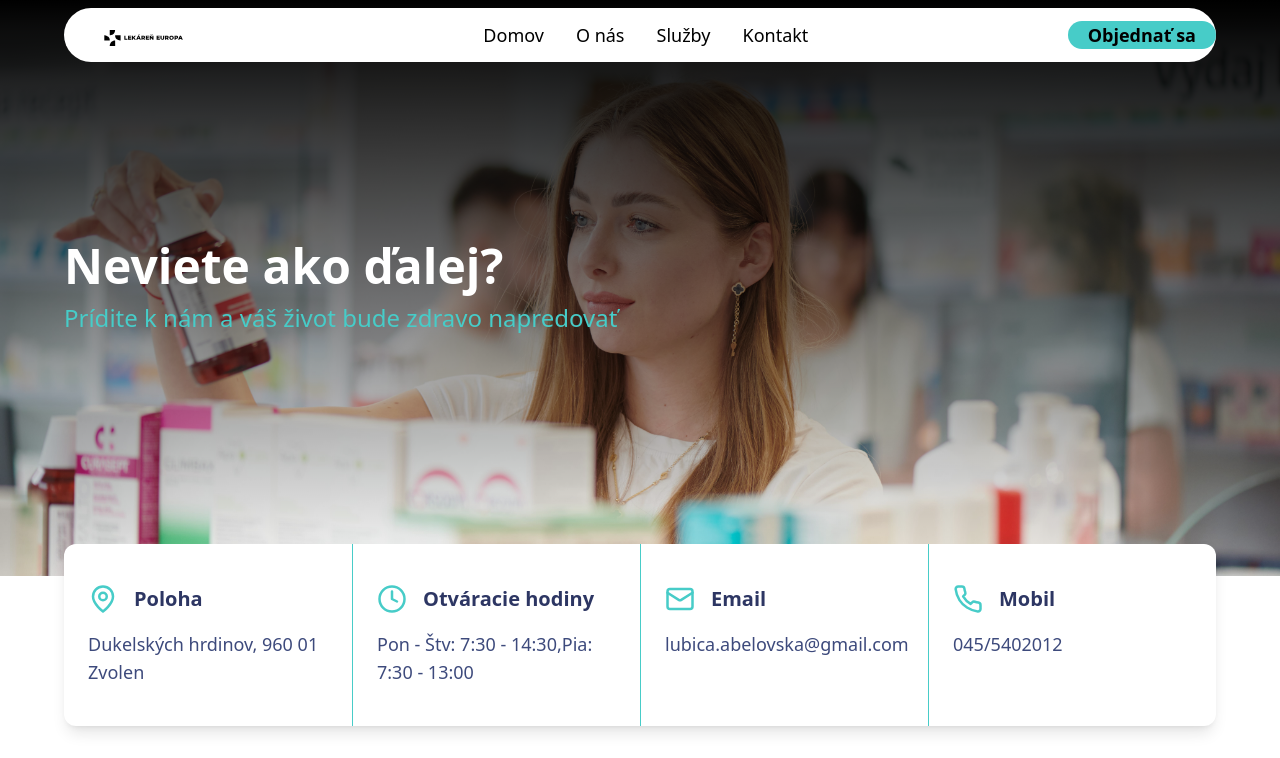
Repository: SimonSkoda13/Lekaren
Page: /
The author's editor kept a copy of each file at every save. The page is drawn from the files as they stood at one save, then again after the next save.
The browser window is 1280 px wide. The pictures show the whole page.
The project was rebuilt for these pictures with package versions that can differ from the ones it lists, and the page was loaded fresh each time. The framework's server and built-in components were replaced by stand-ins that run in the browser. Also part of the build but not shown: next.config.js.

Above is the page before, as saved 2023-04-22 19:19:55.

### src/app/layout.tsx
import { Header } from "./components/Header/Header";
import "./globals.css";
import { Poppins } from "next/font/google";

export const metadata = {
  title: "Create Next App",
  description: "Generated by create next app",
};

export default function RootLayout({
  children,
}: {
  children: React.ReactNode;
}) {
  return (
    <html lang="en">
      <body className="bg-white min-h-[100vh]">
        <Header />
        <main>{children}</main>
        <footer></footer>
      </body>
    </html>
  );
}

### src/app/page.tsx
import Image from "next/image";
import { Inter } from "next/font/google";
import { HomeHero } from "./components/HomeHero/HomeHero";
import { Contact } from "./components/Contact/Contact";
import { Phone, MapPin, Clock4, Mail } from "lucide-react";

const inter = Inter({ subsets: ["latin"] });

// page with

export default function Home() {
  return (
    <>
      <HomeHero
        title={"Neviete ako ďalej?"}
        image={"/homeBanner.jpg"}
        description={"Prídite k nám a váš život bude zdravo napredovať"}
      />
      <Contact
        items={[
          {
            title: "Poloha",
            link: "https://goo.gl/maps/L5p9gij7kJ6iXfnA9",
            description: "Dukelských hrdinov, 960 01 Zvolen",
            icon: <MapPin size={30} className="stroke-primary" />,
          },
          {
            title: "Otváracie hodiny",
            link: "https://goo.gl/maps/L5p9gij7kJ6iXfnA9",
            description: "Pon - Štv:  7:30 - 14:30,Pia: 7:30 - 13:00",
            icon: <Clock4 size={30} className="stroke-primary" />,
          },
          {
            title: "Email",
            link: "mailto:lubica.abelovska@gmail.com",
            description: "lubica.abelovska@gmail.com",
            icon: <Mail size={30} className="stroke-primary" />,
          },
          {
            title: "Mobil",
            description: "045/5402012",
            link: "tel:045/5402012",
            icon: <Phone size={30} className="stroke-primary" />,
          },
        ]}
      />
    </>
  );
}

### src/app/components/Header/Header.tsx
import Link from "next/link";
import React from "react";

export interface HeaderProps {}

export const Header = (props: HeaderProps) => {
  const {} = props;
  return (
    <header className="cntn fixed w-full top-2 z-10">
      <div className="flex bg-white rounded-full items-center">
        <img
          src="/headerLogo.svg"
          className="py-2 w-40 px-4 text-2xl font-bold"
        />
        <div className="py-2 px-4 flex gap-8 items-center mx-auto text-lg font-medium">
          <Link href="/">Domov</Link>
          <Link href="/onas">O nás</Link>
          <Link href="/sluzby">Služby</Link>
          <Link href="/kontakt">Kontakt</Link>
        </div>
        {/* button order self */}
        <div className="flex justify-center items-center px-5 p-0 bg-primary rounded-full text-lg font-bold">
          <Link href="/order">Objednať sa</Link>
        </div>
      </div>
    </header>
  );
};

### src/app/globals.css
@tailwind base;
@tailwind components;
@tailwind utilities;

@layer components {
  .cntn {
    @apply mx-auto px-4  max-w-screen-xl md:px-16;
  }
}

### src/app/components/HomeHero/HomeHero.tsx
import Image from "next/image";
import React from "react";
import { ImageGradient } from "./ImageGradient/ImageGradient";

export interface HomeHeroProps {
  title: string;
  image: string;
  description: string;
}

export const HomeHero = (props: HomeHeroProps) => {
  const { title, image, description } = props;
  return (
    <section className="relative h-[80vh] z-0 px-0">
      <div className="w-full h-full absolute left-0 top-0 ">
        {/* make filter for image to odd brightness from top biggest to bottom lowest */}
        <ImageGradient>
          <Image
            src={image}
            alt="Next.js logo"
            fill
            style={{
              objectFit: "cover",
              objectPosition: "center",
            }}
          />
        </ImageGradient>
      </div>
      <div className="cntn relative gap-3 h-full flex justify-center flex-wrap flex-col z-10">
        <h1 className="text-5xl font-bold text-white">{title}</h1>
        <p className="text-2xl text-primary">{description}</p>
      </div>
    </section>
  );
};

### src/app/components/Contact/Contact.tsx
import { Phone } from "lucide-react";
import { Url } from "next/dist/shared/lib/router/router";
import Image from "next/image";
import Link from "next/link";
import React, { ReactNode } from "react";

export interface ContactProps {
  items?: {
    title: string;
    description: string;
    icon: ReactNode;
    link?: string;
  }[];
}

export const Contact = (props: ContactProps) => {
  const { items } = props;
  return (
    <section className="cntn z-10 relative top-[-2rem]">
      <div className="w-full h-full grid grid-cols-2 md:grid-cols-4 items-start bg-white rounded-xl shadow-lg divide-x divide-primary">
        {items?.map((item) => (
          <Link href={item?.link as Url} className="h-full">
            <div className="flex flex-col items-start gap-4 p-6 py-10">
              <div className="flex w-full flex-row gap-4 items-center">
                {item.icon}
                <h2 className="text-xl font-bold text-secondary">
                  {item.title}
                </h2>
              </div>
              <p className="text-lg font-medium text-secondary-light">
                {item.description}
              </p>
            </div>
          </Link>
        ))}
      </div>
    </section>
  );
};

### src/app/components/HomeHero/ImageGradient/ImageGradient.tsx
import React from "react";

export interface ImageGradientProps {
  children: React.ReactNode;
}

export const ImageGradient = (props: ImageGradientProps) => {
  const { children } = props;
  return (
    <div className="relative w-full h-full overflow-hidden z-10">
      <div className="absolute inset-0 z-10 bg-gradient-to-b from-black"></div>
      {children}
    </div>
  );
};

### tailwind.config.js
/** @type {import('tailwindcss').Config} */
module.exports = {
  content: [
    "./src/pages/**/*.{js,ts,jsx,tsx,mdx}",
    "./src/components/**/*.{js,ts,jsx,tsx,mdx}",
    "./src/app/**/*.{js,ts,jsx,tsx,mdx}",
  ],
  theme: {
    extend: {
      colors: {
        primary: "#47CCC8",
        secondary: "#2D3663",
        "secondary-light": "#3D4A7C",
      },
    },
  },
  plugins: [],
};

After the next save:
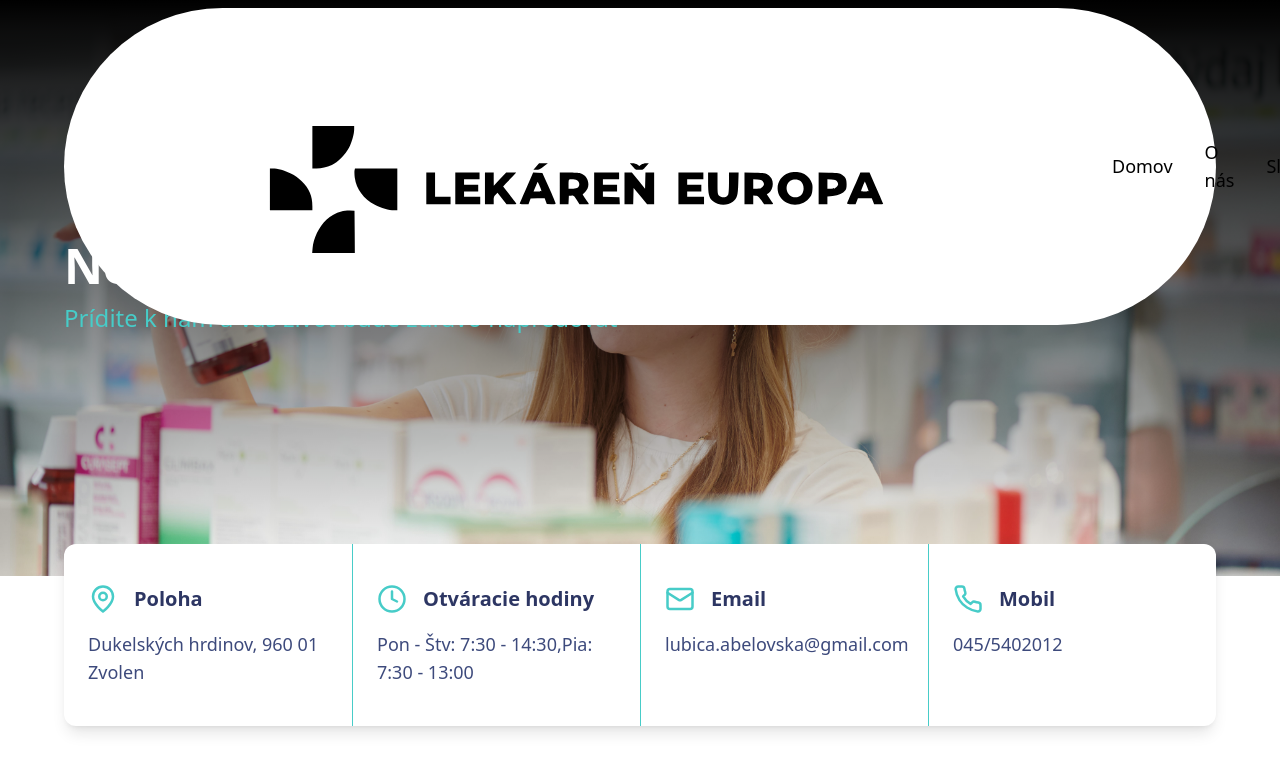
Saved 89 s later.
--- a/src/app/components/Header/Header.tsx
+++ b/src/app/components/Header/Header.tsx
@@ -8,10 +8,7 @@ export const Header = (props: HeaderProps) => {
   return (
     <header className="cntn fixed w-full top-2 z-10">
       <div className="flex bg-white rounded-full items-center">
-        <img
-          src="/headerLogo.svg"
-          className="py-2 w-40 px-4 text-2xl font-bold"
-        />
+        <img src="/headerLogo.svg" className="py-2 px-4 text-2xl font-bold" />
         <div className="py-2 px-4 flex gap-8 items-center mx-auto text-lg font-medium">
           <Link href="/">Domov</Link>
           <Link href="/onas">O nás</Link>
